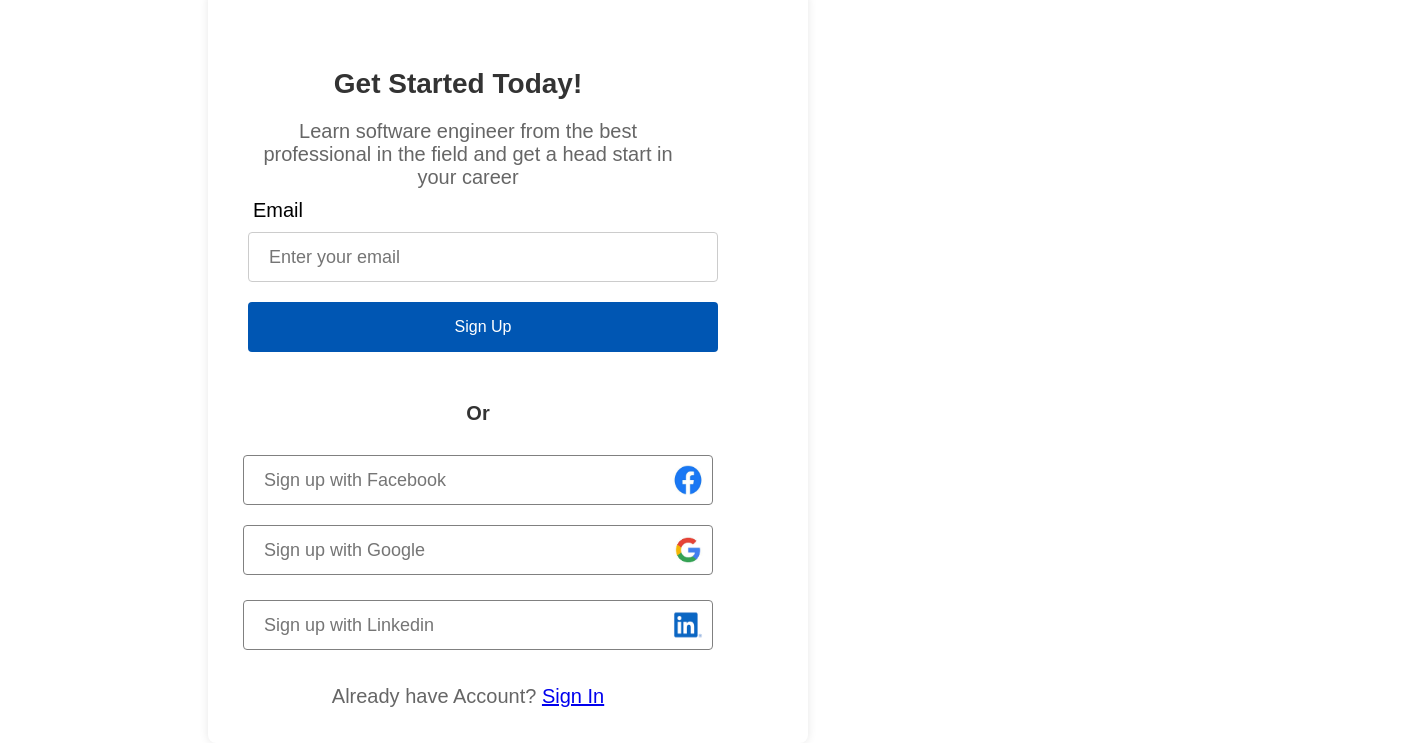
Repository: Femi007-gh/LOGIN-INTERFACE
Page: index.html
An editor plug-in stored every save of this project. The page is shown before and after the next save, followed by the edit.
The browser window is 1280 px wide. The page is 1408 px wide, so the pictures cover 1408 px, including what lies to the right of the window. The pictures show the whole page.

Above is the page before, as saved 2025-01-22 15:56:27.

After the next save:
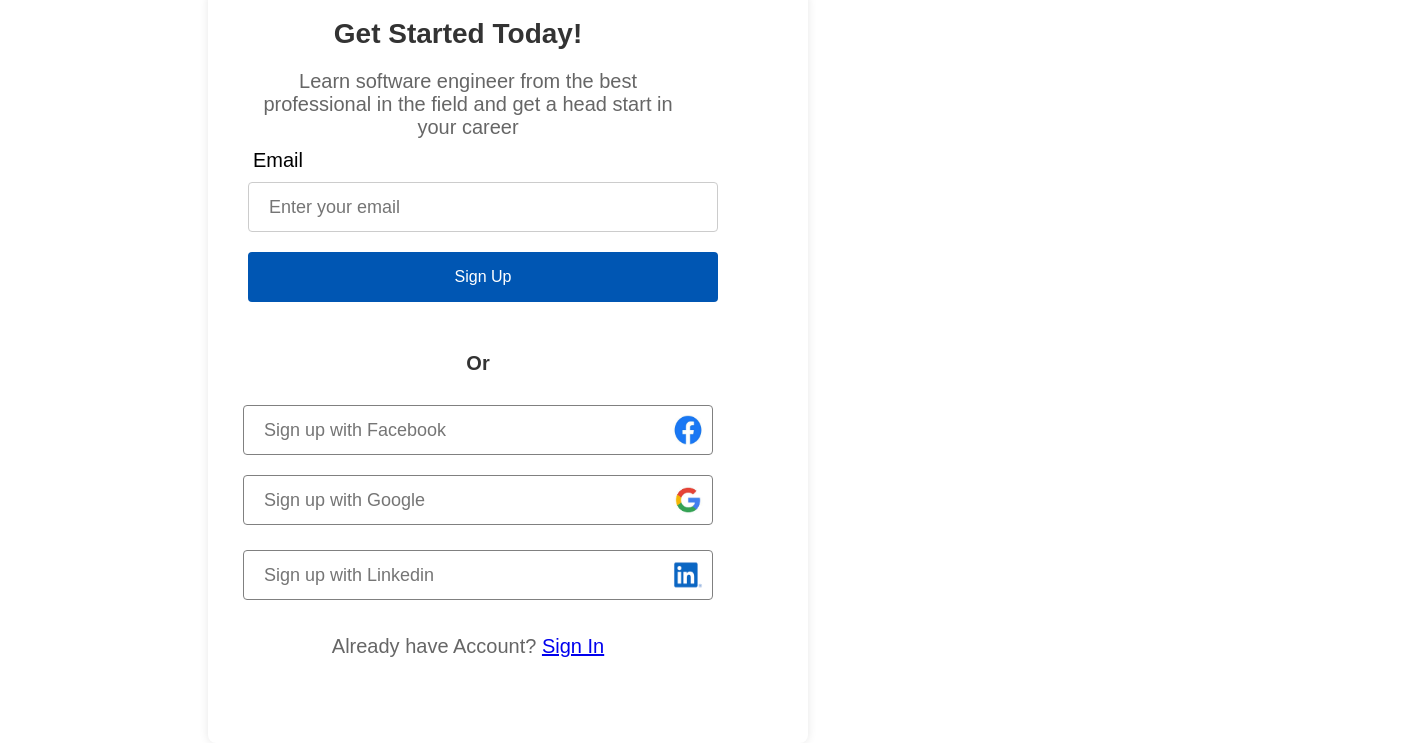
Saved 5 s later.
--- a/style.css
+++ b/style.css
@@ -33,7 +33,7 @@ h1 {
   margin-bottom: 20px;
   color: #333;
   margin-right: 700px;
-  margin-top: 50px;
+  margin-top: -50px;
 }
 
 p {
